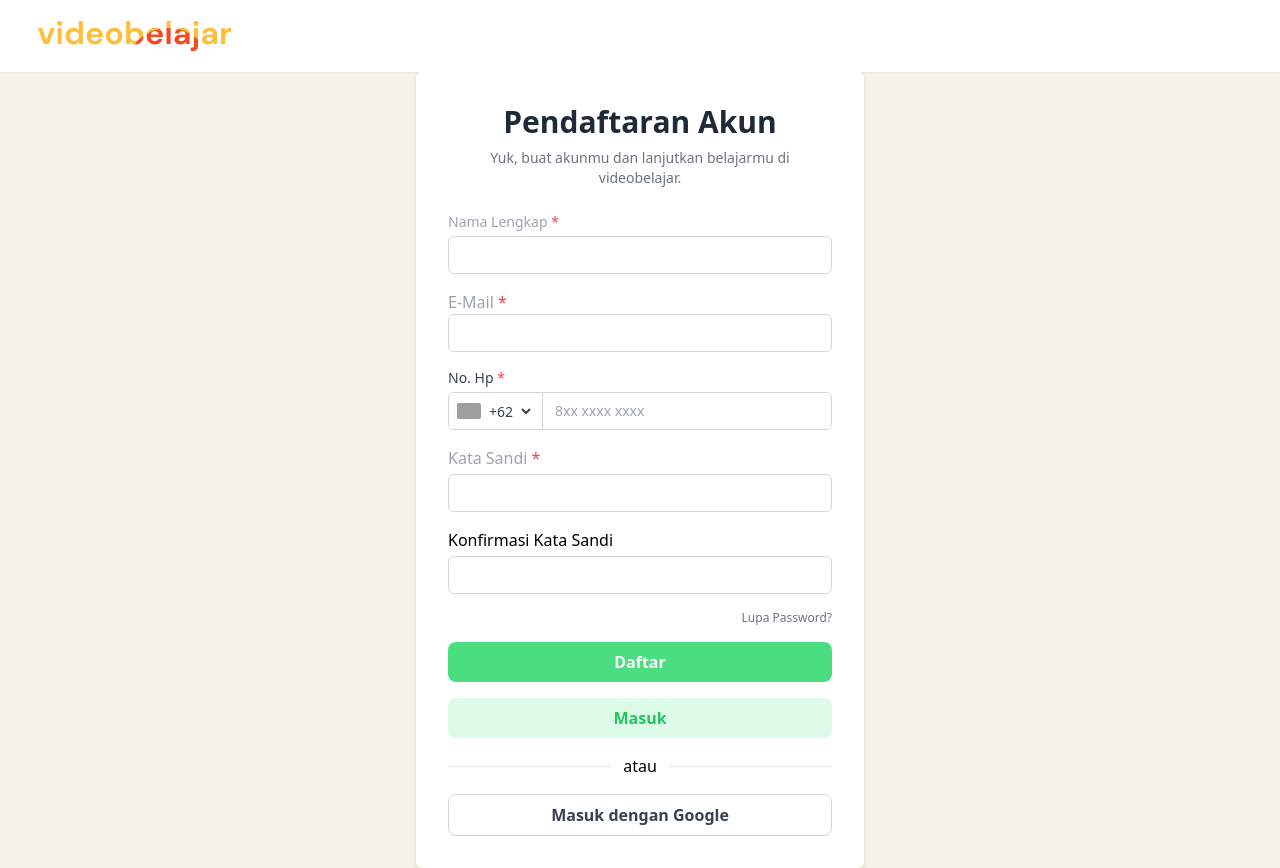
Repository: dimascahyanugraha/Course-Mission-4
Page: /signup
The author's editor kept a copy of each file at every save. The page is drawn from the files as they stood at one save, then again after the next save.
The browser window is 1280 px wide. The pictures show the whole page.
Pictures or frames that could not be fetched are drawn as grey boxes. The project was rebuilt for these pictures with package versions that can differ from the ones it lists, and the page was loaded fresh each time. Also part of the build but not shown: vite.config.js, src/components/LoginPage.jsx.

Above is the page before, as saved 2026-05-30 00:29:51.

After the next save:
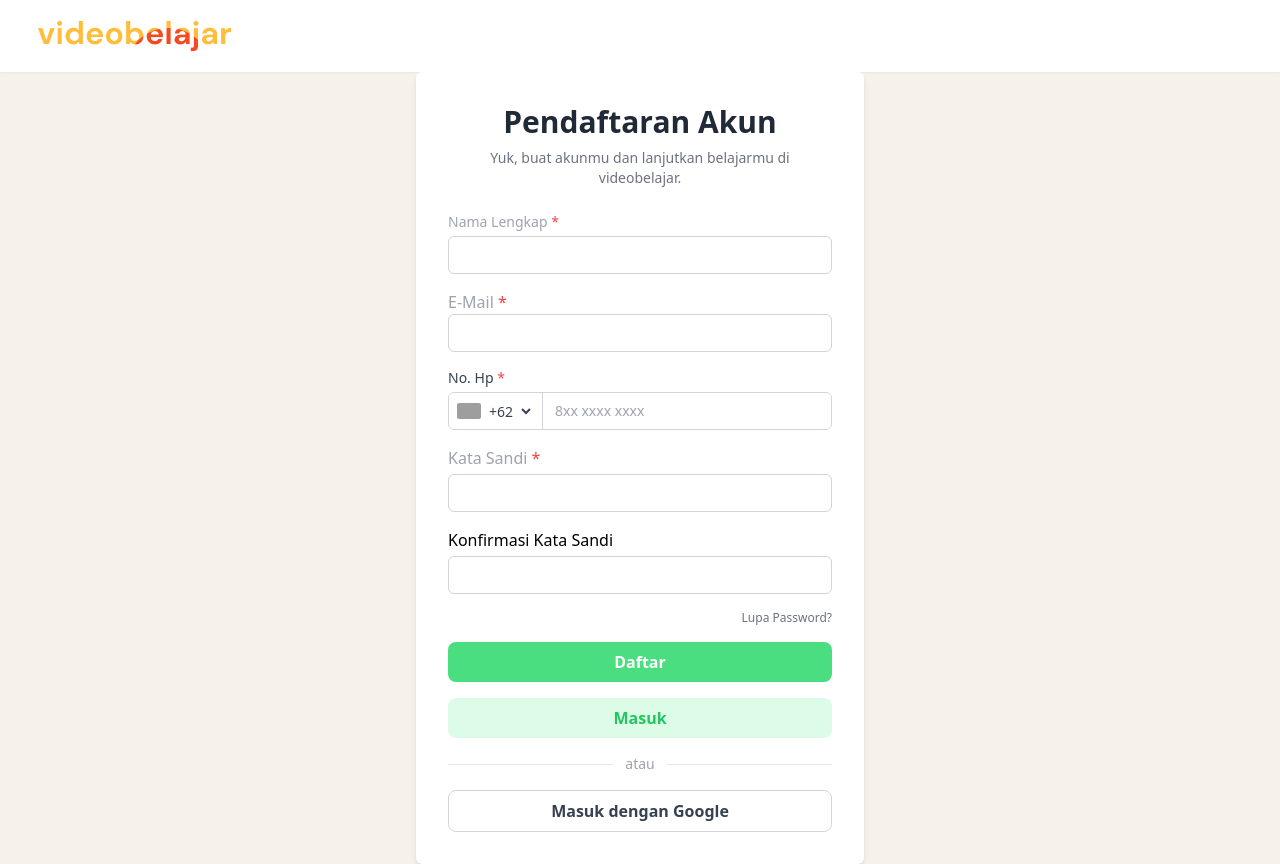
Saved 4 s later.
--- a/src/components/Signup.jsx
+++ b/src/components/Signup.jsx
@@ -87,7 +87,7 @@ export default function Signup() {
             <button className="bg-green-100 w-full py-2 text-green-500 font-semibold rounded-lg hover:bg-green-200 transition">
               Masuk
             </button>
-            <div className="flex items-center gap-3">
+            <div className="flex items-center gap-3 text-gray-400 text-sm">
               <hr className="flex-1 border-gray-200" />
               atau
               <hr className="flex-1 border-gray-200" />
